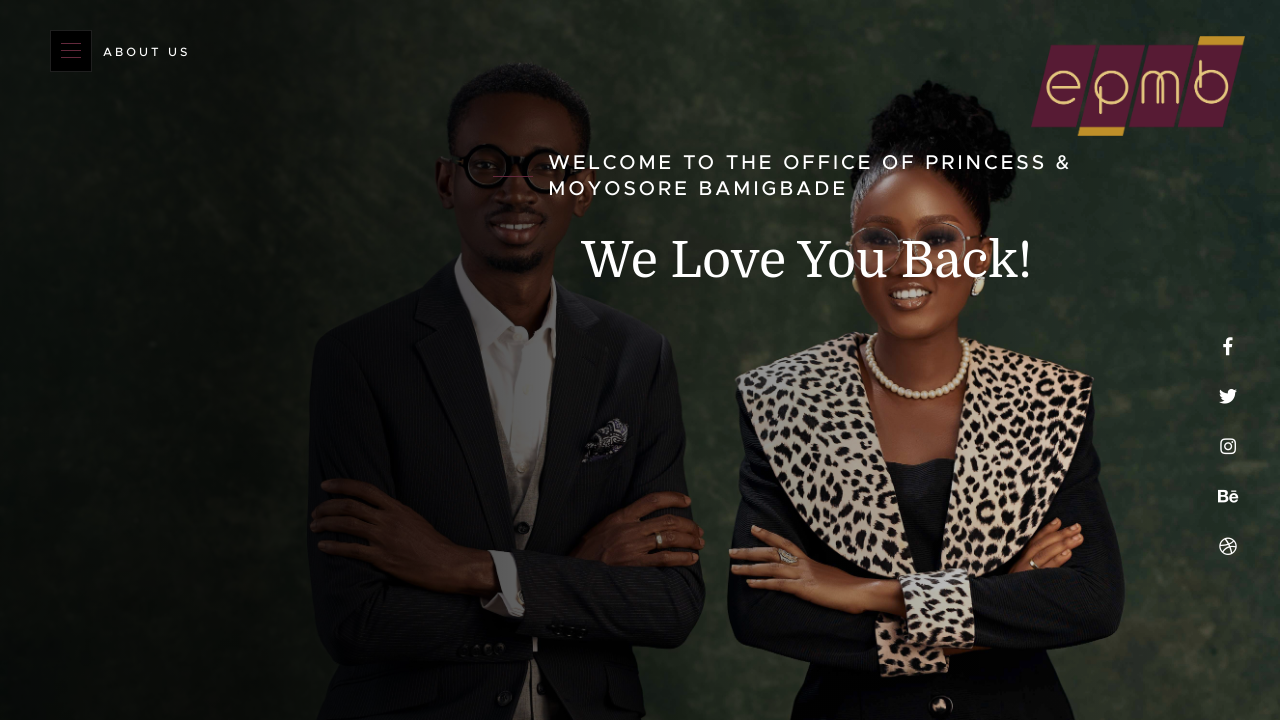
Repository: Ksoftcode/PMB
Page: index.html
An editor plug-in stored every save of this project. The page is shown before and after the next save, followed by the edit.
The browser window is 1280 px wide. The pictures show the whole page.

Above is the page before, as saved 2024-03-15 17:01:41.

After the next save:
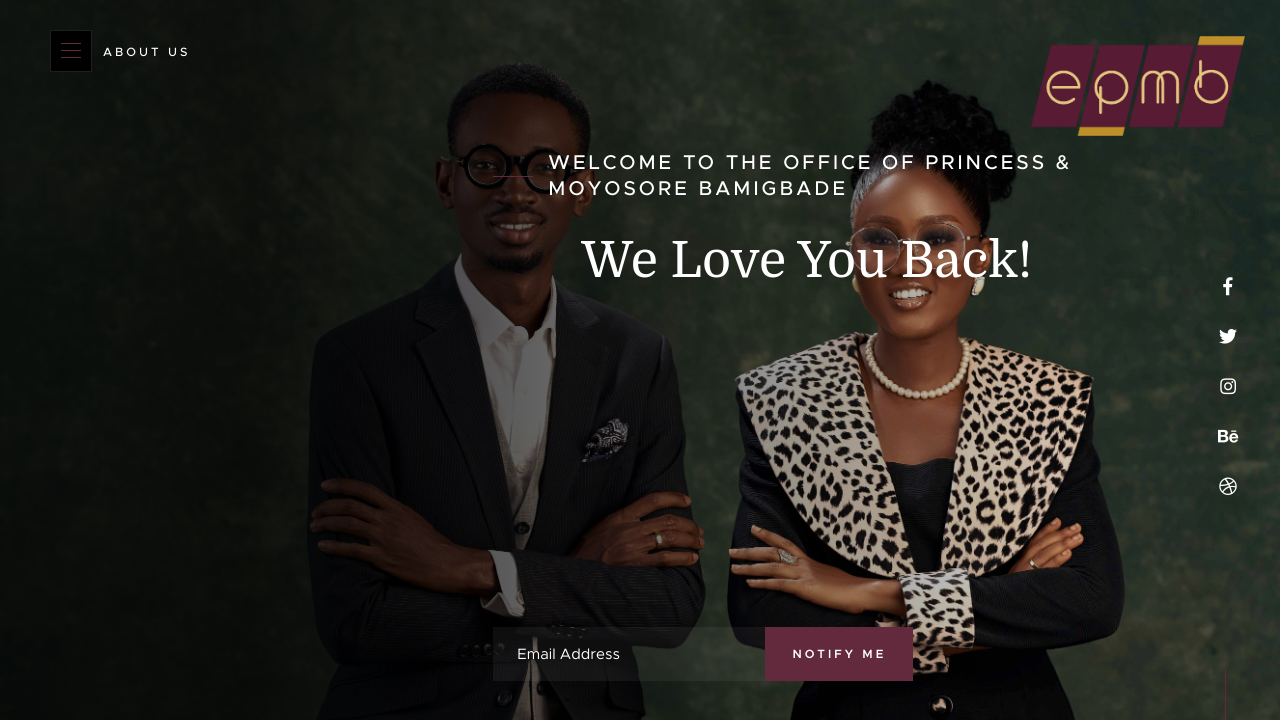
Saved 4 min 7 s later.
--- a/index.html
+++ b/index.html
@@ -55,7 +55,7 @@
                     <h1 style="text-align:center;">
                         We Love You Back! <br>
                      <br>
-                     <br> <br> <br> <br> <br> <br>
+                     <br> <br> <br> <br>
                     </h1>
 
                     <div class="home-content__subscribe">
